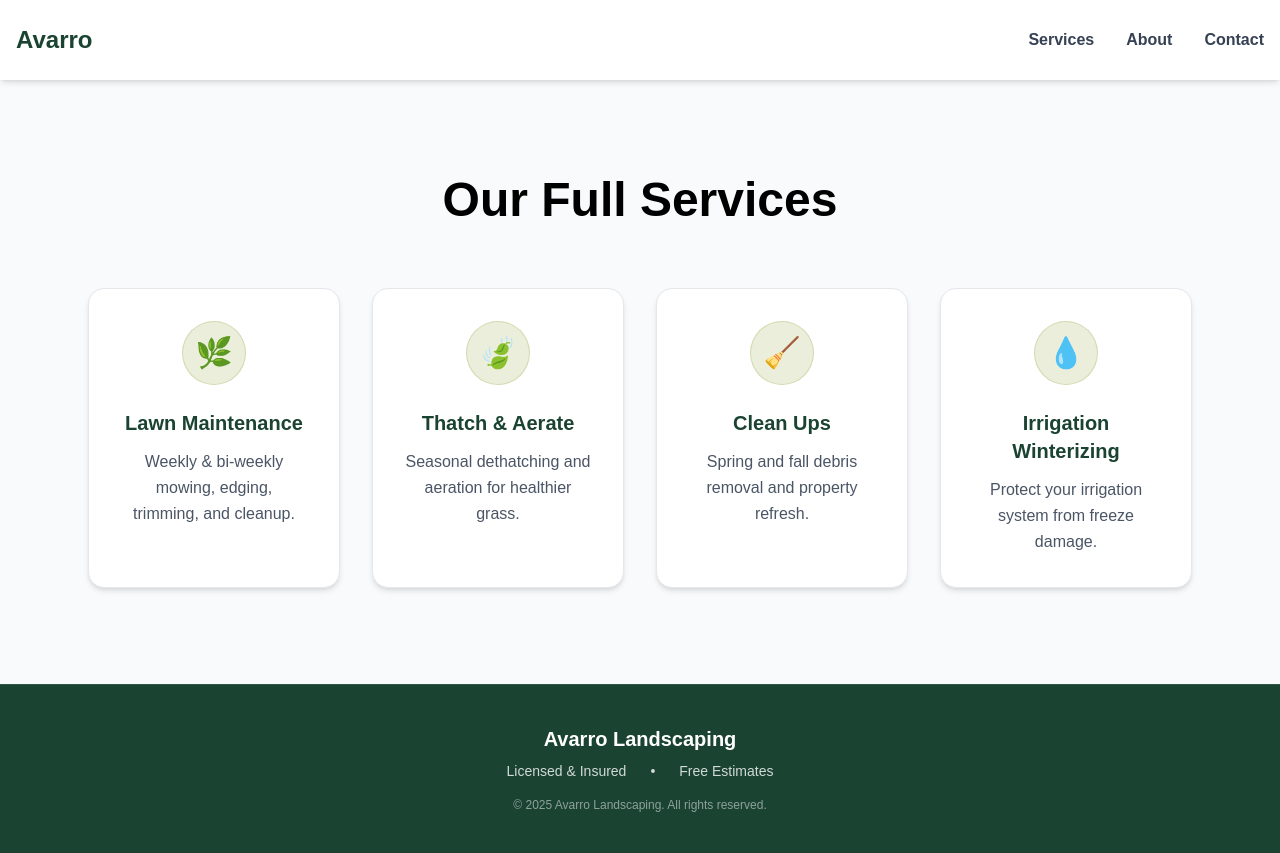
Repository: KalebMalone/Avarro
Page: /services
The author's editor kept a copy of each file at every save. The page is drawn from the files as they stood at one save, then again after the next save.
The browser window is 1280 px wide. The pictures show the whole page.
The project was rebuilt for these pictures with package versions that can differ from the ones it lists, and the page was loaded fresh each time. Also part of the build but not shown: vite.config.js, src/components/Hero.jsx, src/pages/Home.jsx, src/pages/About.jsx, src/components/ContactForm.jsx, src/pages/Contact.jsx.

Above is the page before, as saved 2026-01-28 14:02:59.

### index.html
<!doctype html>
<html lang="en">
  <head>
    <meta charset="UTF-8" />
    <link rel="icon" type="image/svg+xml" href="/vite.svg" />
    <meta name="viewport" content="width=device-width, initial-scale=1.0" />
    <title>avarro-site</title>
  </head>
  <body>
    <div id="root"></div>
    <script type="module" src="/src/main.jsx"></script>
  </body>
</html>

### src/index.css
@import "tailwindcss";

html,
body {
    background-color: #f9fafb;
    /* Matches Gray-50 */
    margin: 0;
    padding: 0;
    overflow-x: hidden;
    font-family: sans-serif;
    /* Prevents Times New Roman if Tailwind takes a second to load */
}

/* Fixes iPhone zoom issues on inputs */
input,
textarea {
    font-size: 16px !important;
}

### src/App.jsx
import { BrowserRouter as Router, Routes, Route } from "react-router-dom";
import Navbar from "./components/Navbar";
import Footer from "./components/Footer";
import Home from "./pages/Home";
import ServicesPage from "./pages/ServicesPage";
import About from "./pages/About";
import Contact from "./pages/Contact";

export default function App() {
    return (
        <Router>
            {/* Added gap-0 to ensure no spacing between main and footer */}
            <div className="flex flex-col min-h-screen bg-gray-50 gap-0">
                <Navbar />
                <main className="flex-grow pt-32 md:pt-20">
                    <Routes>
                        <Route path="/" element={<Home />} />
                        <Route path="/services" element={<ServicesPage />} />
                        <Route path="/about" element={<About />} />
                        <Route path="/contact" element={<Contact />} />
                    </Routes>
                </main>
                <Footer />
            </div>
        </Router>
    );
}

### src/components/Navbar.jsx
import { Link } from "react-router-dom";

export default function Navbar() {
    return (
        <nav className="fixed top-0 left-0 w-full h-20 bg-white shadow-md z-[100] flex items-center">
            <div className="max-w-7xl mx-auto px-4 w-full flex items-center justify-between">
                <Link to="/" className="text-xl sm:text-2xl font-extrabold text-[#1a4332] no-underline">
                    Avarro
                </Link>

                <div className="flex space-x-3 sm:space-x-8 font-semibold text-gray-700 text-sm sm:text-base">
                    <Link to="/services" className="no-underline hover:text-[#1a4332] transition">Services</Link>
                    <Link to="/about" className="no-underline hover:text-[#1a4332] transition">About</Link>
                    <Link to="/contact" className="no-underline hover:text-[#1a4332] transition">Contact</Link>
                </div>
            </div>
        </nav>
    );
}

### src/components/Footer.jsx
export default function Footer() {
    return (
        <footer className="bg-[#1a4332] py-10 text-white border-t border-white/10">
            <div className="max-w-7xl mx-auto px-6 text-center">
                <p className="font-bold text-xl mb-2">Avarro Landscaping</p>
                <div className="flex justify-center space-x-6 mb-4 opacity-80 text-sm">
                    <span>Licensed & Insured</span>
                    <span>•</span>
                    <span>Free Estimates</span>
                </div>
                <p className="opacity-50 text-xs">
                    © {new Date().getFullYear()} Avarro Landscaping. All rights reserved.
                </p>
            </div>
        </footer>
    );
}

### src/pages/ServicesPage.jsx
import Services from "../components/Services";

export default function ServicesPage() {
    return (
        <section className="py-24 bg-gray-50">
            <h1
                className="text-5xl font-extrabold text-center mb-16 scroll-mt-24"
            >
                Our Full Services
            </h1>
            <div className="max-w-6xl mx-auto px-6">
                <Services />
            </div>
        </section>
    );
}

### src/components/Services.jsx
const services = [
    {
        title: "Lawn Maintenance",
        desc: "Weekly & bi-weekly mowing, edging, trimming, and cleanup.",
        icon: "🌿",
    },
    {
        title: "Thatch & Aerate",
        desc: "Seasonal dethatching and aeration for healthier grass.",
        icon: "🍃",
    },
    {
        title: "Clean Ups",
        desc: "Spring and fall debris removal and property refresh.",
        icon: "🧹",
    },
    {
        title: "Irrigation Winterizing",
        desc: "Protect your irrigation system from freeze damage.",
        icon: "💧",
    },
];

export default function Services() {
    return (
        <div className="grid grid-cols-1 sm:grid-cols-2 lg:grid-cols-4 gap-8 items-stretch">
            {services.map((service, i) => (
                <div
                    key={i}
                    className="bg-white rounded-2xl p-8 shadow-md border border-gray-200
                    hover:shadow-xl hover:-translate-y-1 transition-all duration-300
                    text-center flex flex-col items-center w-full h-full"
                >
                    {/* Icon Bubble - Now very visible */}
                    <div className="w-16 h-16 rounded-full bg-[#94a84a]/20
                        flex items-center justify-center text-3xl mb-6 border border-[#94a84a]/30">
                        {service.icon}
                    </div>

                    <h3 className="text-xl font-bold text-[#1a4332] mb-3">
                        {service.title}
                    </h3>

                    <p className="text-gray-600 leading-relaxed flex-grow">
                        {service.desc}
                    </p>
                </div>
            ))}
        </div>
    );
}

Loaded but not shown: src/main.jsx (common file)

After the next save:
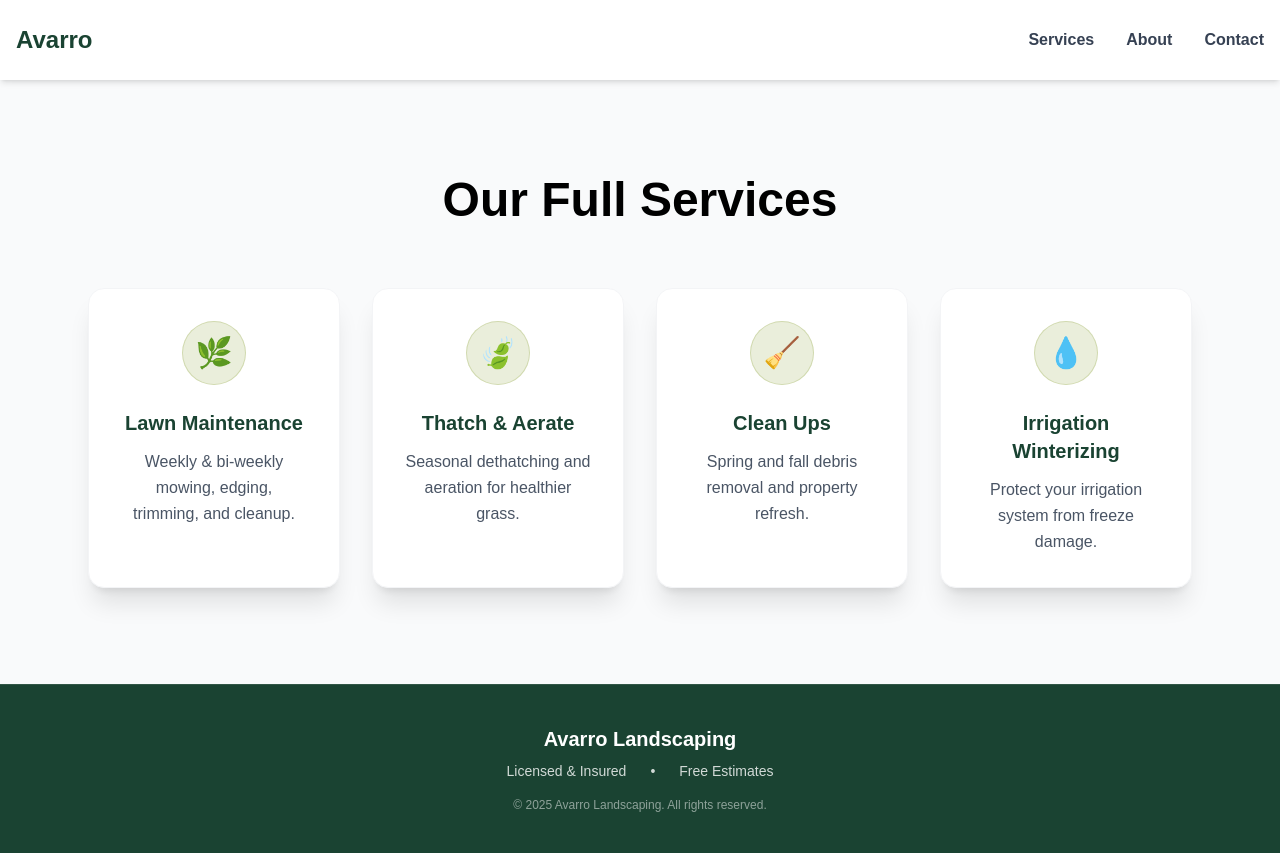
Saved 20 s later.
--- a/src/components/Services.jsx
+++ b/src/components/Services.jsx
@@ -1,24 +1,8 @@
 const services = [
-    {
-        title: "Lawn Maintenance",
-        desc: "Weekly & bi-weekly mowing, edging, trimming, and cleanup.",
-        icon: "🌿",
-    },
-    {
-        title: "Thatch & Aerate",
-        desc: "Seasonal dethatching and aeration for healthier grass.",
-        icon: "🍃",
-    },
-    {
-        title: "Clean Ups",
-        desc: "Spring and fall debris removal and property refresh.",
-        icon: "🧹",
-    },
-    {
-        title: "Irrigation Winterizing",
-        desc: "Protect your irrigation system from freeze damage.",
-        icon: "💧",
-    },
+    { title: "Lawn Maintenance", desc: "Weekly & bi-weekly mowing, edging, trimming, and cleanup.", icon: "🌿" },
+    { title: "Thatch & Aerate", desc: "Seasonal dethatching and aeration for healthier grass.", icon: "🍃" },
+    { title: "Clean Ups", desc: "Spring and fall debris removal and property refresh.", icon: "🧹" },
+    { title: "Irrigation Winterizing", desc: "Protect your irrigation system from freeze damage.", icon: "💧" },
 ];
 
 export default function Services() {
@@ -27,23 +11,16 @@
             {services.map((service, i) => (
                 <div
                     key={i}
-                    className="bg-white rounded-2xl p-8 shadow-md border border-gray-200
-                    hover:shadow-xl hover:-translate-y-1 transition-all duration-300
+                    className="bg-white/100 backdrop-blur-sm rounded-2xl p-8 shadow-xl border border-gray-100
+                    hover:shadow-2xl hover:-translate-y-2 transition-all duration-300
                     text-center flex flex-col items-center w-full h-full"
                 >
-                    {/* Icon Bubble - Now very visible */}
                     <div className="w-16 h-16 rounded-full bg-[#94a84a]/20
                         flex items-center justify-center text-3xl mb-6 border border-[#94a84a]/30">
                         {service.icon}
                     </div>
-
-                    <h3 className="text-xl font-bold text-[#1a4332] mb-3">
-                        {service.title}
-                    </h3>
-
-                    <p className="text-gray-600 leading-relaxed flex-grow">
-                        {service.desc}
-                    </p>
+                    <h3 className="text-xl font-bold text-[#1a4332] mb-3">{service.title}</h3>
+                    <p className="text-gray-600 leading-relaxed flex-grow">{service.desc}</p>
                 </div>
             ))}
         </div>
